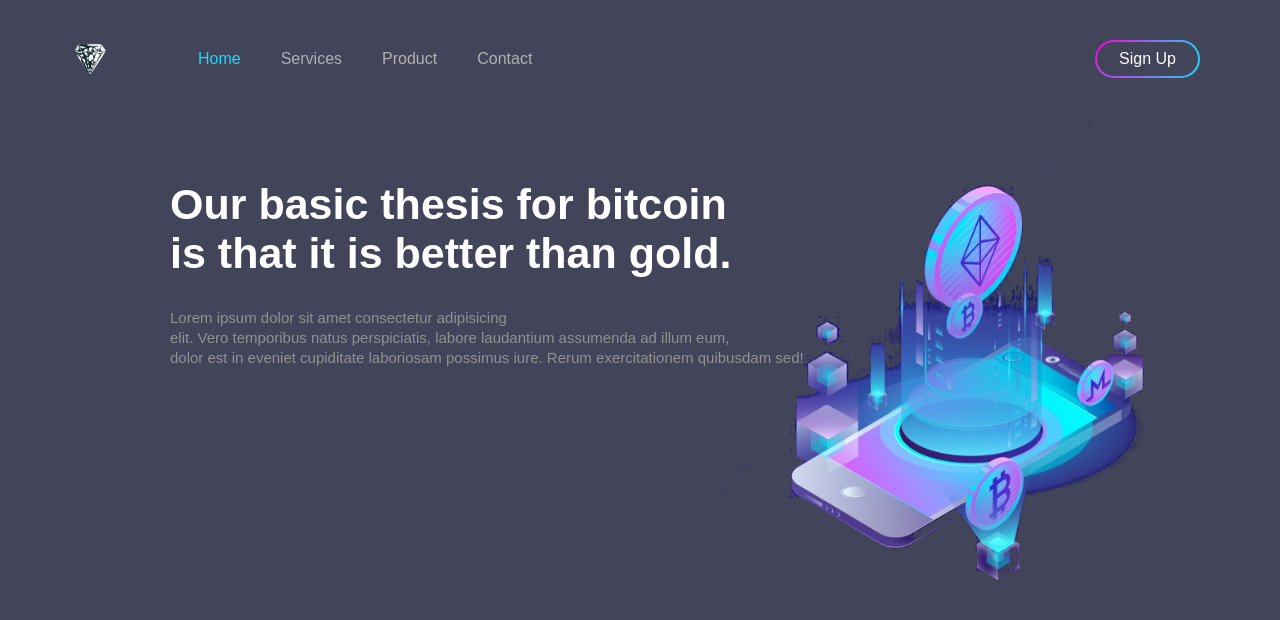
Repository: Aakarshit-Sharma19/Basic-HTML-and-CSS-Page-
Page: index.html
These files come from the project's save history. The page is drawn as it stood at one moment and after the next save; the edit follows.
The browser window is 1280 px wide. The pictures show the whole page.

Above is the page before, as saved 2020-11-10 15:35:54.

### index.html
<!DOCTYPE html>
<html lang="en">

<head>
    <title>Crypto Currency Web App - Easy Tutorials</title>
    <link rel="stylesheet" href="style.css">
</head>

<body>
    <div class="container">
        <div class="menu">
            <ul>
                <li class="logo"><img src="1349.png" alt="diamond"></li>
                <li class="active">Home</li>
                <li>Services</li>
                <li>Product</li>
                <li>Contact</li>
                <li><a href="#" class="signup-btn"><span>Sign Up</span></a></li>
            </ul>
        </div>
        <div class="banner">
            <div class="app-text">
                <h1>Our basic thesis for bitcoin <br> is that it is better than gold.</h1>
                <p>Lorem ipsum dolor sit amet consectetur adipisicing <br>elit. Vero temporibus natus perspiciatis,
                    labore
                    laudantium assumenda ad illum eum,<br>  dolor est in eveniet cupiditate laboriosam possimus iure.
                    Rerum
                    exercitationem quibusdam sed!</p>
            </div>
            <div class="app-picture">
                <img src="background.png" alt="">
            </div>
        </div>
    </div>
</body>

</html>

### style.css
* {
    margin: 0;
    padding: 0;
    font-family: sans-serif;
}

body{
    background: #42455a;
}
.container{
    width: 100%;
    height: 100%;
}

.menu ul{
    display: inline-flex;
    margin: 50px;
}

.menu ul li{
    list-style: none;
    margin: 0 20px;
    color: #b2b1b1;
    cursor: pointer;
}

.logo img{
    width: 40px;
    margin-top: -12px;
    margin-right: 48px;
}

.active{
    color: #19dafa!important;
}

.signup-btn{
    top: 40px;
    right: 80px;
    position: absolute;
    text-decoration: none;
    color: #fff;
    border: 2px solid transparent;
    border-radius: 20px;
    background-image: linear-gradient(#42455a, #42455a), radial-gradient(circle at top left, #fd00da, #19d7f8);
    background-origin: border-box;
    background-clip: content-box,border-box;
}

.signup-btn span{
    display: block;
    padding: 8px 22px;
}

.banner{
    width: 80%;
    height: 70%;
    top: 25%;
    left: 130px;
    position: absolute;
    color: #fff;
}

.app-text{
    width: 50%;
    float: left;
}

.app-text h1{
    font-size: 43px;
    width: 640px;
    position: relative;
    margin-left: 40px;
}

.app-text p{
    font-size: 15px;
    width: 650px;
    margin: 30px 0 30px 40px;
    line-height: 20px;
    color: #919191;
}

.app-picture{
    width: 50%;
    float: right;
}

.app-picture img{
    width: 100%;
    margin-top: -60px;
    padding-left: 70px;
}

After the next save:
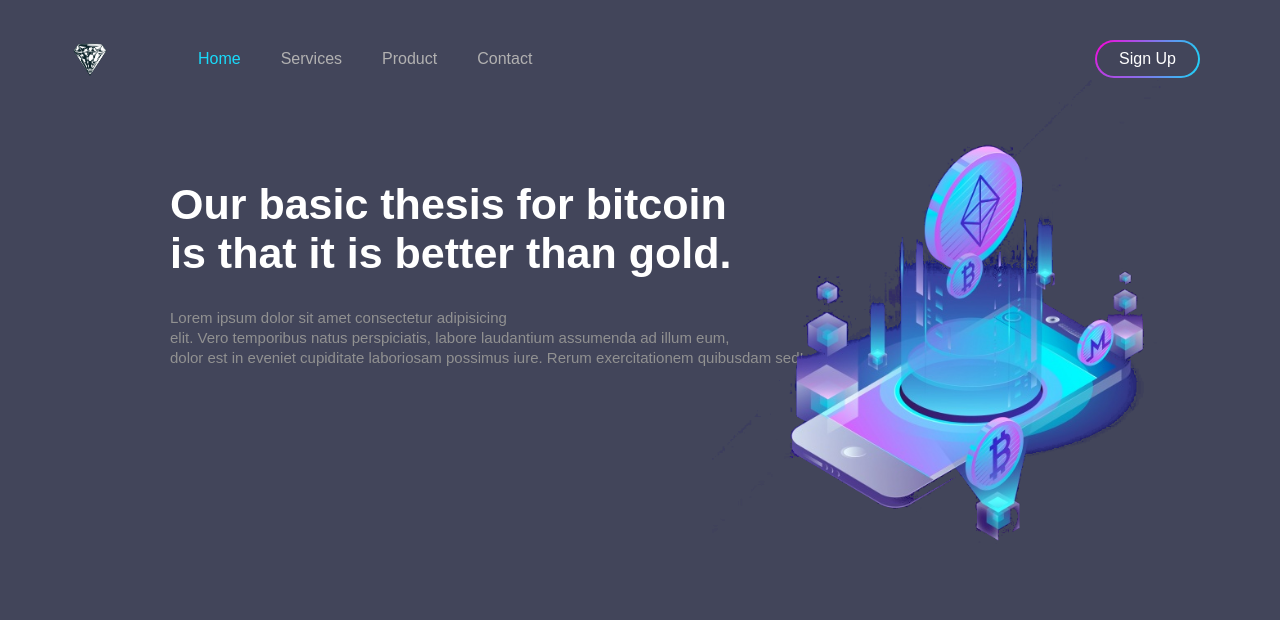
Saved 5 s later.
--- a/style.css
+++ b/style.css
@@ -88,6 +88,6 @@ body{
 
 .app-picture img{
     width: 100%;
-    margin-top: -60px;
+    margin-top: -100px;
     padding-left: 70px;
 }
